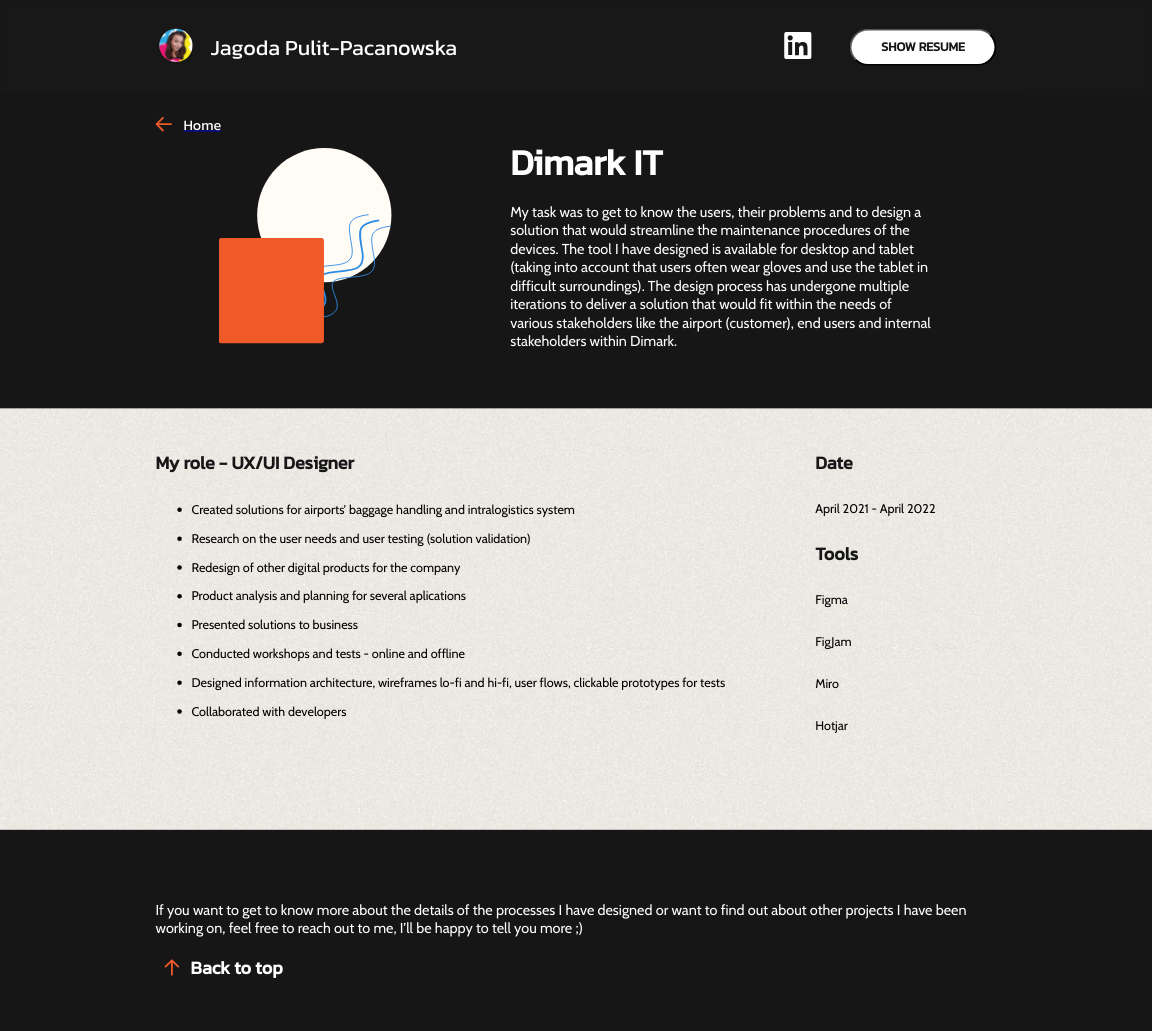
Repository: remigiuszpulit/ux-ui-portfolio
Page: /dimarkit
These files come from the project's save history. The page is drawn as it stood at one moment and after the next save; the edit follows.
The browser window is 1280 px wide. The pictures show the whole page, at 90% of full size.
The project was rebuilt for these pictures with package versions that can differ from the ones it lists, and the page was loaded fresh each time. Also part of the build but not shown: src/components/Card.js, src/pages/index.js.

Above is the page before, as saved 2022-10-03 22:21:49.

### public/index.html
<!DOCTYPE html>
<html lang="en">
  <head>
    <meta charset="utf-8" />
    <link rel="icon" href="%PUBLIC_URL%/avatar.svg" />
    <meta name="viewport" content="width=device-width, initial-scale=1" />
    <meta name="theme-color" content="#000000" />
    <meta
      name="description"
      content="Web site created using create-react-app"
    />
    <link rel="apple-touch-icon" href="%PUBLIC_URL%/avatar.svg" />
    <!--
      manifest.json provides metadata used when your web app is installed on a
      user's mobile device or desktop. See https://developers.google.com/web/fundamentals/web-app-manifest/
    -->
    <link rel="manifest" href="%PUBLIC_URL%/manifest.json" />
    <!--
      Notice the use of %PUBLIC_URL% in the tags above.
      It will be replaced with the URL of the `public` folder during the build.
      Only files inside the `public` folder can be referenced from the HTML.

      Unlike "/favicon.ico" or "favicon.ico", "%PUBLIC_URL%/favicon.ico" will
      work correctly both with client-side routing and a non-root public URL.
      Learn how to configure a non-root public URL by running `npm run build`.
    -->
    <title>Jagoda Pulit UX/UI Portfolio</title>
  </head>
  <body>
    <noscript>You need to enable JavaScript to run this app.</noscript>
    <div id="root"></div>
    <!--
      This HTML file is a template.
      If you open it directly in the browser, you will see an empty page.

      You can add webfonts, meta tags, or analytics to this file.
      The build step will place the bundled scripts into the <body> tag.

      To begin the development, run `npm start` or `yarn start`.
      To create a production bundle, use `npm run build` or `yarn build`.
    -->
  </body>
</html>

### src/index.js
import React from "react";
import ReactDOM from "react-dom/client";
import "./index.css";
import App from "./App";
import reportWebVitals from "./reportWebVitals";

const root = ReactDOM.createRoot(document.getElementById("root"));
root.render(
  // <React.StrictMode>
  <App />
  // </React.StrictMode> */
);

// If you want to start measuring performance in your app, pass a function
// to log results (for example: reportWebVitals(console.log))
// or send to an analytics endpoint. Learn more: https://bit.ly/CRA-vitals
reportWebVitals();

### src/App.js
import { BrowserRouter, Routes, Route, useLocation } from "react-router-dom";
import Navbar from "./components/Navbar";
import GlobalStyle from "./globalStyles";
import Index from "./pages";
import Dimark from "./pages/dimark";

function App() {
  return (
    <>
      <GlobalStyle />
      <BrowserRouter>
        <Navbar />
        <Routes>
          <Route path="/" element={<Index />} />
          <Route path="/dimarkit" element={<Dimark />} />
        </Routes>
      </BrowserRouter>
    </>
  );
}

export default App;

### src/components/Navbar.js
import React from "react";
import styled from "styled-components";
import avatar from "../static/avatar.svg";
import LinkedinIcon from "../static/LinkedinIcon.svg";
import LinkedinIconWhite from "../static/LinkedinIconWhite.svg";
import "@fontsource/kanit";
import { useLocation } from "react-router-dom";

function Navbar() {
  const location = useLocation();
  const isLight = location.pathname != "/";
  return (
    <NavContainer>
      <NavWrapper>
        <ItemsWrapper>
          <img src={avatar} alt="Avatar" />
          <LogoText isLight={isLight}>Jagoda Pulit-Pacanowska</LogoText>
        </ItemsWrapper>
        <ItemsWrapper>
          <a
            href="https://www.linkedin.com/in/jagoda-pulit/"
            target={"_blank"}
            rel="noreferrer"
          >
            <img
              src={isLight ? LinkedinIconWhite : LinkedinIcon}
              alt="LinkedinIcon"
            />
          </a>
          <ResumeButton isLight={isLight}>
            <ResumeButtonText isLight={isLight}>show resume</ResumeButtonText>
          </ResumeButton>
        </ItemsWrapper>
      </NavWrapper>
    </NavContainer>
  );
}

export default Navbar;

const NavContainer = styled.nav`
  height: 105px;
  background: rgba(232, 228, 222, 0.01);
  backdrop-filter: blur(3px);
  position: fixed;
  display: flex;
  width: 100%;
  justify-content: center;
`;

const NavWrapper = styled.div`
  width: 73%;
  display: flex;
  justify-content: center;
  align-items: center;
  flex-direction: column;
  @media (min-width: 768px) {
    justify-content: space-between;
    flex-direction: row;
    width: 73%;
  }
`;
const ItemsWrapper = styled.div`
  display: flex;
  align-items: center;
`;
const LogoText = styled.h3`
  margin-left: 16px;
  font-family: "Kanit";
  font-style: normal;
  font-weight: 500;
  font-size: 16px;
  @media (min-width: 768px) {
    font-size: 24px;
  }
  line-height: 124%;
  color: #161616;
  ${({ isLight }) =>
    isLight &&
    `
    color: white;
  `}
`;

const ResumeButton = styled.button`
  display: flex;
  flex-direction: row;
  width: 163px;
  height: 41px;
  justify-content: center;
  margin-left: 42px;
  align-items: center;
  padding: 10px;
  background: #161616;
  border-radius: 159px;
  ${({ isLight }) =>
    isLight &&
    `
    background: white;
  `}
`;

const ResumeButtonText = styled.h4`
  font-family: "Kanit";
  font-style: normal;
  font-weight: 600;
  font-size: 14px;
  line-height: 21px;
  /* identical to box height */

  text-transform: uppercase;

  color: #ffffff;

  /* Inside auto layout */
  ${({ isLight }) =>
    isLight &&
    `
    color: #161616;
  `}

  flex: none;
  order: 0;
  flex-grow: 0;
`;

### src/globalStyles.js
import { createGlobalStyle } from "styled-components";

const GlobalStyle = createGlobalStyle`
  /*! normalize.css v8.0.1 | MIT License | github.com/necolas/normalize.css */

/* Document
   ========================================================================== */

/**
 * 1. Correct the line height in all browsers.
 * 2. Prevent adjustments of font size after orientation changes in iOS.
 */

html {
  line-height: 1.15; /* 1 */
  -webkit-text-size-adjust: 100%; /* 2 */
}

/* Sections
   ========================================================================== */

/**
 * Remove the margin in all browsers.
 */

body {
  margin: 0;
}


main {
  display: block;
}


h1 {
  font-size: 2em;
  margin: 0.67em 0;
}

/* Grouping content
   ========================================================================== */

/**
 * 1. Add the correct box sizing in Firefox.
 * 2. Show the overflow in Edge and IE.
 */

hr {
  box-sizing: content-box; /* 1 */
  height: 0; /* 1 */
  overflow: visible; /* 2 */
}



pre {
  font-family: monospace, monospace; /* 1 */
  font-size: 1em; /* 2 */
}

/* Text-level semantics
   ========================================================================== */

/**
 * Remove the gray background on active links in IE 10.
 */

a {
  background-color: transparent;
}

/**
 * 1. Remove the bottom border in Chrome 57-
 * 2. Add the correct text decoration in Chrome, Edge, IE, Opera, and Safari.
 */

abbr[title] {
  border-bottom: none; /* 1 */
  text-decoration: underline; /* 2 */
  text-decoration: underline dotted; /* 2 */
}

/**
 * Add the correct font weight in Chrome, Edge, and Safari.
 */

b,
strong {
  font-weight: bolder;
}


code,
kbd,
samp {
  font-family: monospace, monospace; /* 1 */
  font-size: 1em; /* 2 */
}

/**
 * Add the correct font size in all browsers.
 */

small {
  font-size: 80%;
}



sub,
sup {
  font-size: 75%;
  line-height: 0;
  position: relative;
  vertical-align: baseline;
}

sub {
  bottom: -0.25em;
}

sup {
  top: -0.5em;
}

/* Embedded content
   ========================================================================== */

/**
 * Remove the border on images inside links in IE 10.
 */

img {
  border-style: none;
}

/* Forms
   ========================================================================== */

/**
 * 1. Change the font styles in all browsers.
 * 2. Remove the margin in Firefox and Safari.
 */

button,
input,
optgroup,
select,
textarea {
  font-family: inherit; /* 1 */
  font-size: 100%; /* 1 */
  line-height: 1.15; /* 1 */
  margin: 0; /* 2 */
}

/**
 * Show the overflow in IE.
 * 1. Show the overflow in Edge.
 */

button,
input { /* 1 */
  overflow: visible;
}

/**
 * Remove the inheritance of text transform in Edge, Firefox, and IE.
 * 1. Remove the inheritance of text transform in Firefox.
 */

button,
select { /* 1 */
  text-transform: none;
}

/**
 * Correct the inability to style clickable types in iOS and Safari.
 */

button,
[type="button"],
[type="reset"],
[type="submit"] {
  -webkit-appearance: button;
}

/**
 * Remove the inner border and padding in Firefox.
 */

button::-moz-focus-inner,
[type="button"]::-moz-focus-inner,
[type="reset"]::-moz-focus-inner,
[type="submit"]::-moz-focus-inner {
  border-style: none;
  padding: 0;
}

/**
 * Restore the focus styles unset by the previous rule.
 */

button:-moz-focusring,
[type="button"]:-moz-focusring,
[type="reset"]:-moz-focusring,
[type="submit"]:-moz-focusring {
  outline: 1px dotted ButtonText;
}

/**
 * Correct the padding in Firefox.
 */

fieldset {
  padding: 0.35em 0.75em 0.625em;
}



legend {
  box-sizing: border-box; /* 1 */
  color: inherit; /* 2 */
  display: table; /* 1 */
  max-width: 100%; /* 1 */
  padding: 0; /* 3 */
  white-space: normal; /* 1 */
}

/**
 * Add the correct vertical alignment in Chrome, Firefox, and Opera.
 */

progress {
  vertical-align: baseline;
}

/**
 * Remove the default vertical scrollbar in IE 10+.
 */

textarea {
  overflow: auto;
}

/**
 * 1. Add the correct box sizing in IE 10.
 * 2. Remove the padding in IE 10.
 */

[type="checkbox"],
[type="radio"] {
  box-sizing: border-box; /* 1 */
  padding: 0; /* 2 */
}

/**
 * Correct the cursor style of increment and decrement buttons in Chrome.
 */

[type="number"]::-webkit-inner-spin-button,
[type="number"]::-webkit-outer-spin-button {
  height: auto;
}

/**
 * 1. Correct the odd appearance in Chrome and Safari.
 * 2. Correct the outline style in Safari.
 */

[type="search"] {
  -webkit-appearance: textfield; /* 1 */
  outline-offset: -2px; /* 2 */
}

/**
 * Remove the inner padding in Chrome and Safari on macOS.
 */

[type="search"]::-webkit-search-decoration {
  -webkit-appearance: none;
}



::-webkit-file-upload-button {
  -webkit-appearance: button; /* 1 */
  font: inherit; /* 2 */
}

/* Interactive
   ========================================================================== */

/*
 * Add the correct display in Edge, IE 10+, and Firefox.
 */

details {
  display: block;
}

/*
 * Add the correct display in all browsers.
 */

summary {
  display: list-item;
}

/* Misc
   ========================================================================== */

/**
 * Add the correct display in IE 10+.
 */

template {
  display: none;
}

/**
 * Add the correct display in IE 10.
 */

[hidden] {
  display: none;
}

`;

export default GlobalStyle;

### src/pages/dimark.js
import React from "react";
import styled from "styled-components";
import grafika_dimark from "../static/grafika_dimark.svg";
import PageLayout from "../components/PageLayout";

const headParagraph =
  "My task was to get to know the users, their problems and to design a solution that would streamline the maintenance procedures of the devices. The tool I have designed is available for desktop and tablet (taking into account that users often wear gloves and use the tablet in difficult surroundings). The design process has undergone multiple iterations to deliver a solution that would fit within the needs of various stakeholders like the airport (customer), end users and internal stakeholders within Dimark.";

function Dimark() {
  return (
    <>
      <PageLayout
        color={"#F05A28"}
        logo={grafika_dimark}
        head={"Dimark IT"}
        par={headParagraph}
      >
        <FlexContainer>
          <ColumnContainer>
            <Title3>My role - UX/UI Designer</Title3>
            <ul>
              <StyledListItem>
                Created solutions for airports’ baggage handling and
                intralogistics system
              </StyledListItem>
              <StyledListItem>
                Research on the user needs and user testing (solution
                validation)
              </StyledListItem>
              <StyledListItem>
                Redesign of other digital products for the company
              </StyledListItem>
              <StyledListItem>
                Product analysis and planning for several aplications
              </StyledListItem>
              <StyledListItem>Presented solutions to business</StyledListItem>
              <StyledListItem>
                Conducted workshops and tests - online and offline
              </StyledListItem>
              <StyledListItem>
                Designed information architecture, wireframes lo-fi and hi-fi,
                user flows, clickable prototypes for tests
              </StyledListItem>
              <StyledListItem>Collaborated with developers</StyledListItem>
            </ul>
          </ColumnContainer>
          <ColumnContainer style={{ "justify-content": "space-between" }}>
            <Title3>Date</Title3>
            <TextListStyle>April 2021 - April 2022</TextListStyle>
            <Title3>Tools</Title3>
            <TextListStyle>Figma</TextListStyle>
            <TextListStyle>FigJam</TextListStyle>
            <TextListStyle>Miro</TextListStyle>
            <TextListStyle>Hotjar</TextListStyle>
          </ColumnContainer>
        </FlexContainer>
      </PageLayout>
    </>
  );
}

export default Dimark;

const ColumnContainer = styled.div`
  display: flex;
  flex-direction: column;
`;

const FlexContainer = styled.div`
  display: flex;
  gap: 100px;
`;

const Title3 = styled.h3`
  font-family: "Kanit";
  font-style: normal;
  font-weight: 700;
  font-size: 20px;
  margin: unset;
  line-height: 40px;
  /* identical to box height, or 200% */

  /* Black */

  color: #161616;
`;
const StyledListItem = styled.li`
  font-family: "Cabin";
  font-style: normal;
  font-weight: 400;
  font-size: 14px;
  margin: unset;
  line-height: 32px;
  /* or 229% */

  color: #000000;
`;

const TextListStyle = styled.p`
  font-family: "Cabin";
  font-style: normal;
  font-weight: 400;
  font-size: 14px;
  line-height: 32px;
  margin: unset;
  /* or 229% */

  color: #000000;
`;

### src/components/PageLayout.js
import React, { useRef } from "react";
import styled from "styled-components";
import BackgroundLight from "../static/BackgroundLight.png";
import PageHead from "../components/PageHead";
import Footer from "./Footer";

function PageLayout({ color, logo, head, par, children }) {
  const ref = useRef(null);
  return (
    <>
      <PageHead ref={ref} color={color} logo={logo} head={head} par={par} />
      <Page>
        <Container>{children}</Container>
      </Page>
      <Footer color={color} to={ref.current} />
    </>
  );
}

export default PageLayout;
const Page = styled.div`
  display: flex;
  justify-content: center;
  background-image: url(${BackgroundLight});
`;

const Container = styled.div`
  width: 73%;
  padding-top: 40px;
  padding-bottom: 100px;
`;

### src/components/PageHead.js
import React from "react";
import { Link } from "react-router-dom";
import styled from "styled-components";
import ArrowLeft from "./ArrowLeft";

const PageHead = React.forwardRef(({ color, logo, head, par }, ref) => (
  <Container ref={ref}>
    <Wrapper>
      <BackLink to={"/"}>
        <ArrowLeft color={color} />
        <BackLinkText>Home</BackLinkText>
      </BackLink>
      <HeadContainer>
        <HeadWrapper>
          <ImageContainer src={logo} />
          <TextContainer>
            <HeadText>{head}</HeadText>
            <HeadPar>{par}</HeadPar>
          </TextContainer>
        </HeadWrapper>
      </HeadContainer>
    </Wrapper>
  </Container>
));

export default PageHead;

const Container = styled.div`
  display: flex;
  justify-content: center;

  background-color: #161616;
  padding-top: 150px;
  @media (min-width: 768px) {
    padding-top: 105px;
  }
`;

const Wrapper = styled.div`
  padding-top: 21px;
  width: 73%;
  display: flex;
  flex-direction: column;
`;

const BackLink = styled(Link)`
  display: flex;
  align-items: center;
`;

const BackLinkText = styled.span`
  font-family: "Kanit";
  font-style: normal;
  font-weight: 300;
  font-size: 16px;
  line-height: 24px;
  text-decoration: none;
  margin-left: 13px;
  /* identical to box height */

  color: #ffffff;
`;

const HeadContainer = styled.div`
  display: flex;
  justify-content: center;
`;

const HeadWrapper = styled.div`
  width: 100%;
  display: flex;
  flex-direction: column-reverse;
  gap: 20px;
  margin-bottom: 24px;

  @media (min-width: 992px) {
    width: 85%;
    flex-direction: row;
    justify-content: center;
    gap: 100px;
    margin-bottom: 48px;
  }
`;

const ImageContainer = styled.img`
  max-height: 250px;
`;

const TextContainer = styled.div`
  display: flex;
  flex-direction: column;
  align-items: flex-start;
`;

const HeadText = styled.h1`
  font-family: "Kanit";
  font-style: normal;
  font-weight: 700;
  font-size: 40px;
  margin: unset;
  line-height: 60px;
  /* identical to box height */

  text-align: center;

  color: #ffffff;
`;

const HeadPar = styled.p`
  font-family: "Cabin";
  font-style: normal;
  font-weight: 500;
  font-size: 16px;
  line-height: 128%;
  max-width: 670px;
  /* or 20px */

  color: #ffffff;
`;

### src/components/Footer.js
import React from "react";
import styled from "styled-components";
import ArrowUp from "./ArrowUp";

function Footer({ color, to }) {
  return (
    <Container>
      <Wrapper>
        <Text>
          If you want to get to know more about the details of the processes I
          have designed or want to find out about other projects I have been
          working on, feel free to reach out to me, I’ll be happy to tell you
          more ;)
        </Text>
        <Button onClick={() => to?.scrollIntoView({ behavior: "smooth" })}>
          <ArrowUp color={color} />
          <ButtonText>Back to top</ButtonText>
        </Button>
      </Wrapper>
    </Container>
  );
}

export default Footer;

const Container = styled.div`
  background: #161616;
  padding-top: 64px;
  padding-bottom: 54px;
  display: flex;
  justify-content: center;
`;

const Wrapper = styled.div`
  width: 73%;
  display: flex;
  flex-direction: column;
`;

const Text = styled.p`
  font-family: "Cabin";
  font-style: normal;
  font-weight: 500;
  font-size: 16px;
  line-height: 128%;
  /* or 20px */

  color: #ffffff;
`;

const Button = styled.button`
  background: none;
  border: none;
  display: flex;
  align-items: center;
`;

const ButtonText = styled.span`
  font-family: "Kanit";
  font-style: normal;
  font-weight: 600;
  margin-left: 9px;
  font-size: 20px;
  line-height: 30px;
  /* identical to box height */

  color: #ffffff;
`;

### src/components/ArrowLeft.js
import React from "react";

function ArrowLeft({ color }) {
  return (
    <svg
      width="18"
      height="16"
      viewBox="0 0 18 16"
      fill="none"
      xmlns="http://www.w3.org/2000/svg"
    >
      <path
        d="M1 8L17 8M8 1L1 8L8 15"
        stroke={`${color}`}
        stroke-width="2"
        stroke-linecap="round"
        stroke-linejoin="round"
      />
    </svg>
  );
}

export default ArrowLeft;

### src/components/ArrowUp.js
import React from "react";

function ArrowUp({ color }) {
  return (
    <svg
      width="24"
      height="24"
      viewBox="0 0 24 24"
      fill="none"
      xmlns="http://www.w3.org/2000/svg"
    >
      <path
        d="M12 4L12 20M19 11L12 4L5 11"
        stroke={`${color}`}
        stroke-width="2"
        stroke-linecap="round"
        stroke-linejoin="round"
      />
    </svg>
  );
}

export default ArrowUp;

Loaded but not shown: src/index.css (common file); src/reportWebVitals.js (common file)

After the next save:
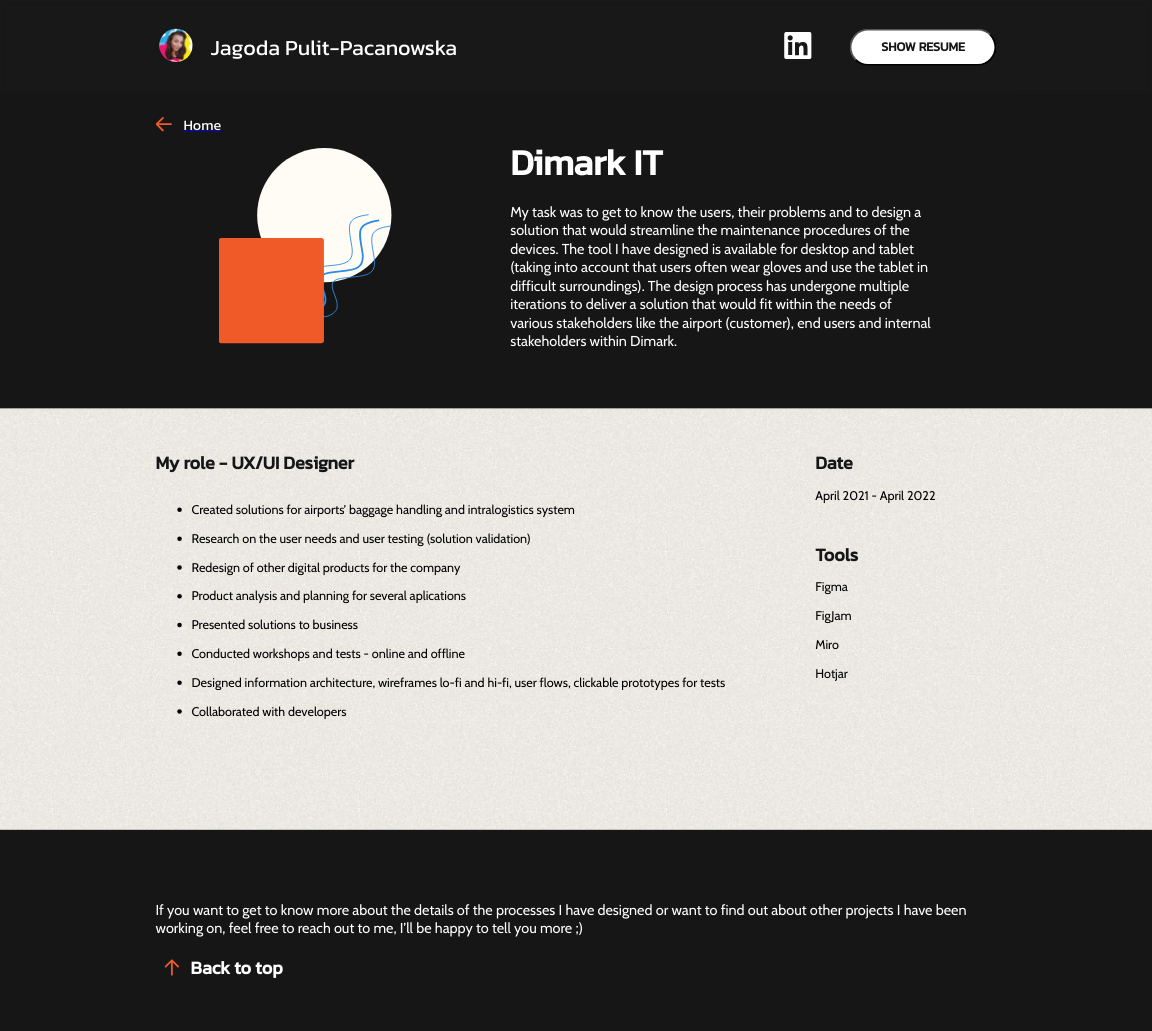
Saved 50 s later.
--- a/src/pages/dimark.js
+++ b/src/pages/dimark.js
@@ -44,9 +44,11 @@
               <StyledListItem>Collaborated with developers</StyledListItem>
             </ul>
           </ColumnContainer>
-          <ColumnContainer style={{ "justify-content": "space-between" }}>
+          <ColumnContainer>
             <Title3>Date</Title3>
-            <TextListStyle>April 2021 - April 2022</TextListStyle>
+            <TextListStyle style={{ marginBottom: "30px" }}>
+              April 2021 - April 2022
+            </TextListStyle>
             <Title3>Tools</Title3>
             <TextListStyle>Figma</TextListStyle>
             <TextListStyle>FigJam</TextListStyle>
